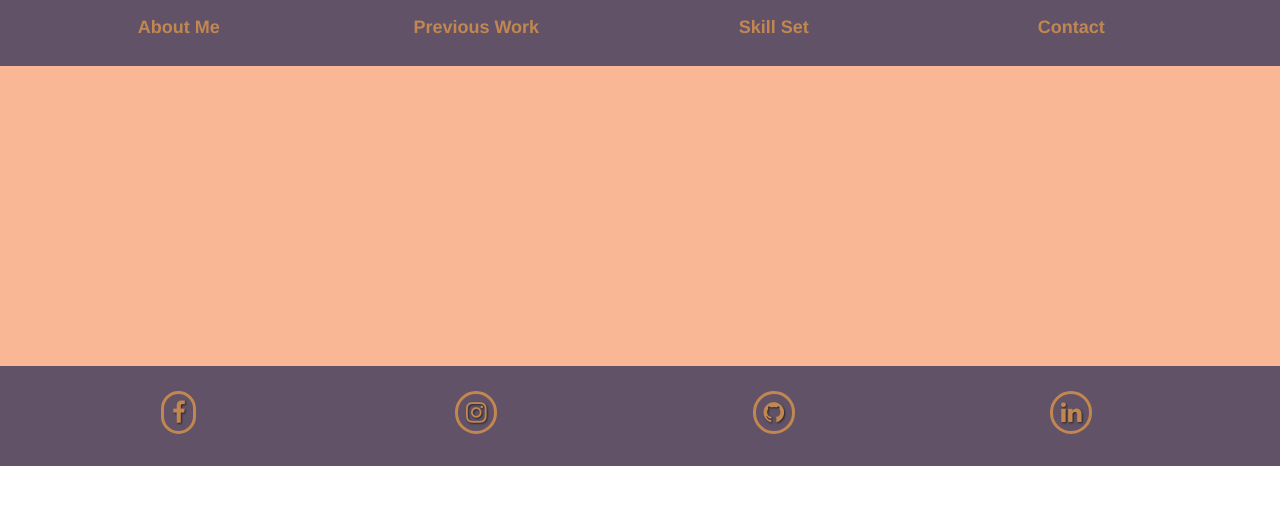
Repository: Rang3rDang3r/Portfolio
Page: main.html
The author's editor kept a record of every edit. The page is drawn from the files as they stood at one moment, then again after the next edit.
The browser window is 1280 px wide. The pictures show the whole page.

Above is the page before.

After the next edit:
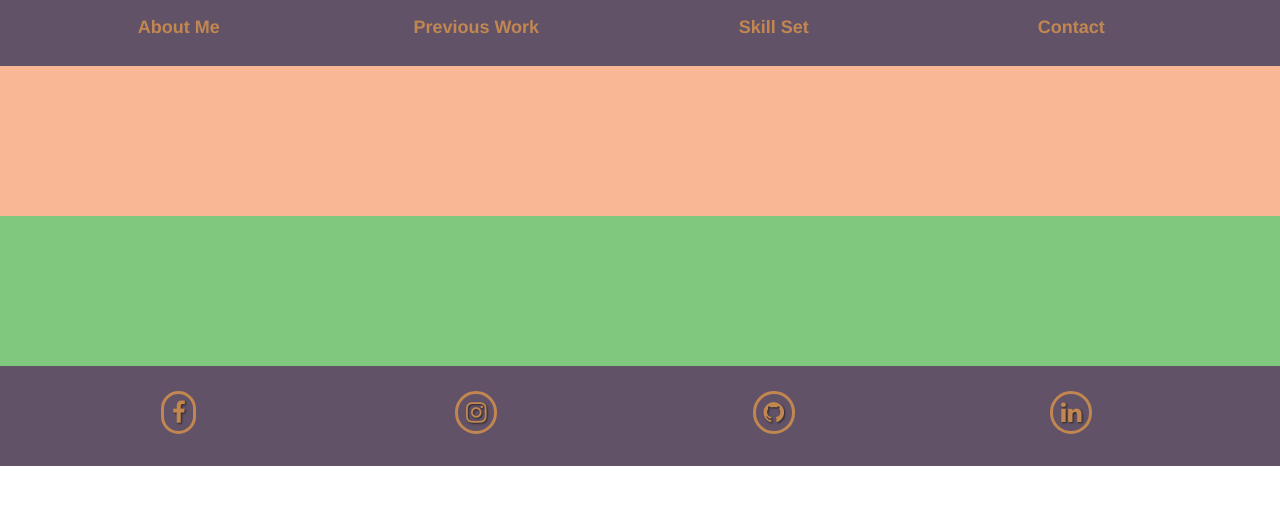
The edit:
--- a/main-style.css
+++ b/main-style.css
@@ -114,7 +114,7 @@
 
 }
 .mantis {
-    background-color: #f9ab84;
+    background-color: #6abf67;
     padding-top: 75px;
     padding-bottom: 75px;
     opacity: 0.85;
